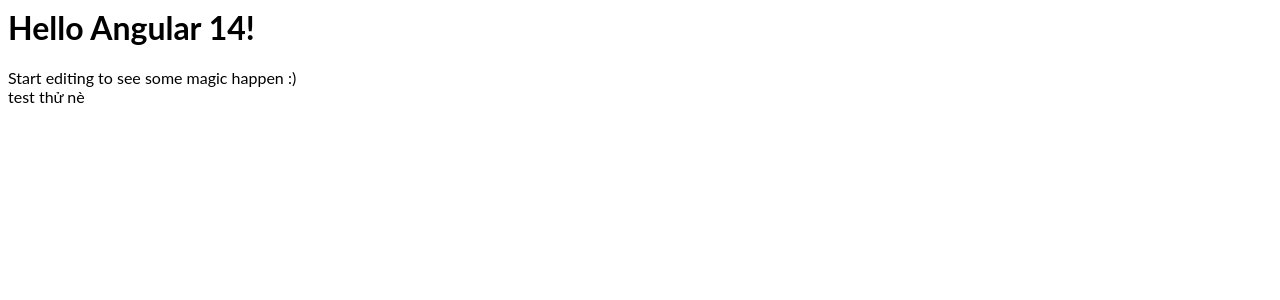
Repository: leduc24/baitap-angular100day
Page: / (app in angular_bai6/)
The author's editor kept a copy of each file at every save. The page is drawn from the files as they stood at one save, then again after the next save.
The browser window is 1280 px wide. The pictures show the whole page.
The project was rebuilt for these pictures with package versions that can differ from the ones it lists, and the page was loaded fresh each time. Also part of the build but not shown: angular_bai6/angular.json.

Above is the page before, as saved 2022-07-03 13:51:16.

After the next save:
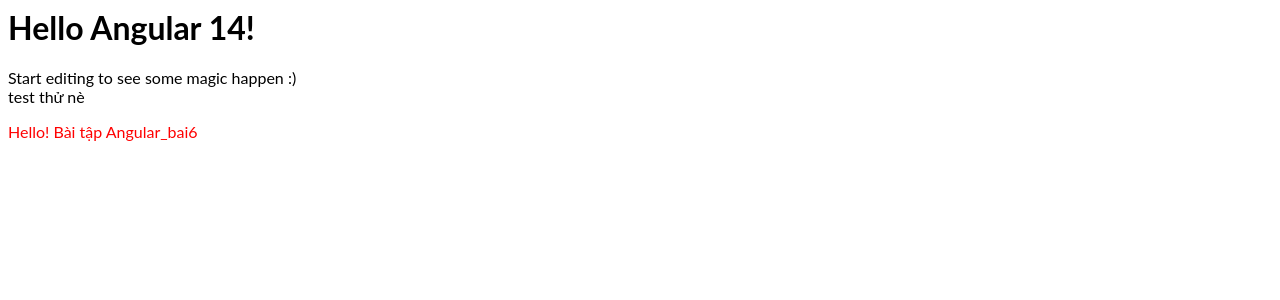
Saved 2 min 25 s later.
--- a/angular_bai6/src/app/app.component.html
+++ b/angular_bai6/src/app/app.component.html
@@ -3,7 +3,11 @@
   Start editing to see some magic happen :)
   <br> test thử nè
 </p>
-<!-- Bài 6 : Tìm Hiểu :
+<!-- Bài 6 : Tìm Hiểu : cả 2 dạng này là dataBinding : Thay đổi hiển thị
         Class Binding
         Style Binding
 -->
+
+<p class = "foo" style = "color: red ">
+      Hello! Bài tập Angular_bai6
+</p>
